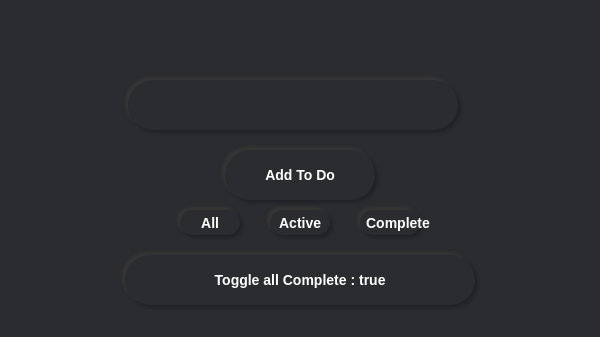
Repository: amralhawi123/To-Do-List
Page: /
An editor plug-in stored every save of this project. The page is shown before and after the next save, followed by the edit.
The browser window is 600 px wide. The pictures show the whole page.
The project was rebuilt for these pictures with package versions that can differ from the ones it lists, and the page was loaded fresh each time. Also part of the build but not shown: src/components/Todo.js.

Above is the page before, as saved 2023-07-17 21:47:39.

### src/App.js
import React, { useState } from 'react'
import ToDoForm from './components/ToDoForm'
import Todo from './components/Todo'
import './App.css'

const App = () => {

  let [toDos, setToDos] = useState([])
  const [todoToshow, setTodoToshow] = useState("all")
  const [toggleAllComplete, setToggleAllComplete] = useState(true)

  const addTodo =(todo)=> {
    setToDos([todo, ...toDos])

  }

  const handelDelete =(id)=> {
    setToDos(toDos.filter((todo) => todo.id !== id))
  }
  const updateTodoToshow =(s)=> {
    setTodoToshow(s)
  }

  const removeAllTodocomplete=()=>{
    setToDos(toDos.filter((todo)=> !todo.complete))
  }
  const toggelComplete = (id) => {
      setToDos(toDos.map((todo)=> {
        if(todo.id === id){
            return{
              ...todo,
              complete:!todo.complete
            }
        } else{
          return todo
        }
      }))
  }
  if(todoToshow === "active"){
    toDos = toDos.filter((todo) => !todo.complete)
  }else if(todoToshow === "complete"){
    toDos = toDos.filter((todo) => todo.complete)
  }
  return (
    <div className='container'>
      <ToDoForm addTodo={addTodo}/>
      {
        toDos.map((todo)=> (
          <Todo key={todo.id} todo={todo} onDelete={()=> handelDelete(todo.id)} toggelComplete={()=> toggelComplete(todo.id)}/>
        ))
      }
      <div>
        <button className='update-btn btn' onClick={()=> updateTodoToshow("all")}>All</button>
        <button className='update-btn btn' onClick={()=> updateTodoToshow("active")}>Active</button>
        <button className='update-btn btn' onClick={()=> updateTodoToshow("complete")}>Complete</button>
      </div>
      {
        toDos.map((todo)=> todo.complete === true ? ((<button className='all-btn btn' onClick={removeAllTodocomplete}>Remove all Complete Todo</button>)) : null)
      }

      <button className='all-btn btn' onClick={()=> {
        setToDos(
          toDos.map((todo)=> ({
            ...todo,
            complete:toggleAllComplete
          }))
        )
        setToggleAllComplete(!toggleAllComplete)
      }}>Toggle all Complete : {`${toggleAllComplete}`} </button>
    </div>
  )
}

export default App

### src/components/ToDoForm.js
import React, {useState} from 'react'
import shortid from 'shortid'
const ToDoForm = (props) => {

  const [text, setText] = useState('')

  const handelSubmit =(e)=>{
    e.preventDefault()
    props.addTodo({
      id: shortid.generate(),
      text:text,
      complete:false
    })
    setText("")

  }

  const handelChange =(e)=>{
      setText(e.target.value)
    }

  return (
    <form onSubmit={handelSubmit}>
      <input className='input-field' type='text' onChange={handelChange} value={text}/>
      <button className='btn' onClick={handelSubmit}>Add To Do</button>
    </form>
  )
}

export default ToDoForm

### src/App.css
body{
  background: #2b2c2f;
}
.container{
  display: flex;
  flex-direction: column;
  justify-content: center;
  align-items: center;
  margin-top: 80px;
}
.input-field{
  width: 350px;
  height: 50px;
  background: none;
  margin-right: 15px;
  outline: none;
  border-radius:30px;
  border: none;
  background-color: transparent;
  box-shadow: 3px 3px 3px #222327, -3px -3px 3px #363636;
  color:#fff;
  padding: 0 15px;
  font-size: 18px;
  font-weight: bold;
}

@media (max-width:667px) {
  form{
    display: flex;
    flex-direction: column;
    gap: 20px;
    align-items:center
  }
  .input-field{
    width: 300px;
  }
}
.btn,.delete-btn{
  border: none;
  background: none;
  outline: none;
  color: #fff;
  font-size: 14px;
  font-weight: bold;
  box-shadow: 3px 3px 3px #222327, -3px -3px 3px #363636;
  width: 150px;
  height: 50px;
  border-radius: 30px;
  cursor: pointer;
}
.delete-btn{
  width: 25px;
  height: 25px;
  border-radius: 50%;
  margin-left: 150px;
}
.btn:hover ,.input-field:hover,.delete-btn:hover{
  box-shadow: inset 3px 3px 3px #222327, inset -3px -3px 3px #363636;
}
.d-f{
  display: flex;
  width: 100%;
  justify-content: center;
  align-items: center;
  margin-top: 20px;
  font-size:20px;
  color: #fff;
}
.d-f > div{
  cursor: pointer;
}
.todo-count{
  color: #ffff;
  margin-top: 15px;
}
.update-btn{
  margin: 25px;
}
.all-btn{
  width: 350px !important;
  height: 50px !important;
  margin: 10px 0;
}

@media (max-width:667px) {
  .update-btn{
    margin: 10px 15px !important;
    width:60px;
    height: 25px;
    border-radius: 15px;
  }
}

Loaded but not shown: public/index.html (common file); src/index.js (common file); src/index.css (common file); src/reportWebVitals.js (common file)

After the next save:
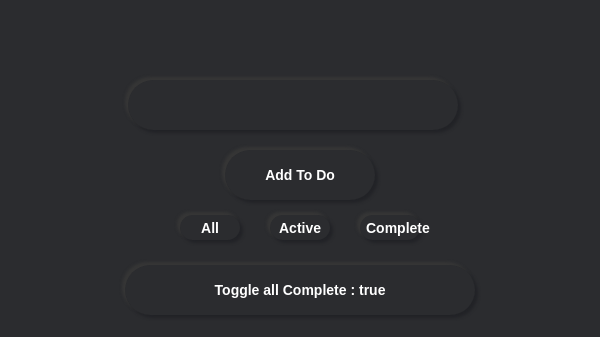
Saved 2 h 31 min later.
--- a/src/App.css
+++ b/src/App.css
@@ -84,7 +84,7 @@ body{
 
 @media (max-width:667px) {
   .update-btn{
-    margin: 10px 15px !important;
+    margin: 15px 15px !important;
     width:60px;
     height: 25px;
     border-radius: 15px;
